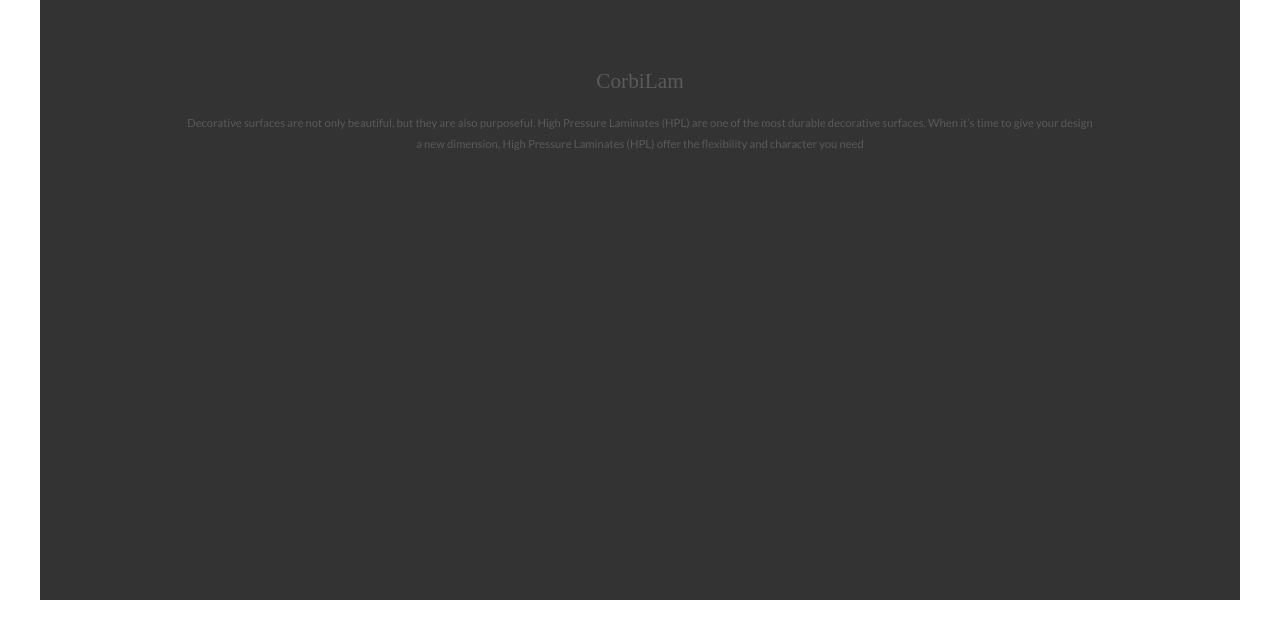
Repository: aneescode4u/testp
Page: http://localhost/HPL
The author's editor kept a record of every edit. The page is drawn from the files as they stood at one moment, then again after the next edit.
The browser window is 1280 px wide. The pictures show the part of the page from y = 815 to 1445 px (the page is 1445 px tall).
Pictures or frames that could not be fetched are drawn as grey boxes. Some web libraries are served in a nearby version. The page is served by the project's Node server (YelpCamp/v3.1/app.js). Other server files are loaded and not shown.

Above is the page before.

### workspace/YelpCamp/v3.1/views/HPL.ejs

<%include partials/header %>
 <link rel="stylesheet" type="text/css" href="/stylesheets/HPL.css">
	<link rel="stylesheet" type="text/css" href="/stylesheets/header.css">

<div id="bannerimage"></div>
<div id="slideshow">
  <div class="slide-wrapper">
    <div class="slide"></div>
    <div class="slide"></div>
    <div class="slide"></h1></div>
    <div class="slide"></div>
    <div class="slide"></div>
  </div>
</div>

                <section id="about" class="block__wrapper">
                    <div class="block">
                        <div class="block__content -text">
                            <h2>CorbiLam</h2>
                            <div class="intro">
Decorative surfaces are not only beautiful, but they are also purposeful.
High Pressure Laminates (HPL) are one of the most durable decorative surfaces.
When it’s time to give your design a new dimension, High Pressure Laminates (HPL) offer the flexibility and character you need

 </div>
                            <div class="grid">
                                <div class="grid__item" style="background-image:url(images/)"></div>
                                <div class="grid__item" style="background-image:url(images/)"></div>
                                <div class="grid__item" style="background-image:url()"></div>
                                <div class="grid__item" style="background-image:url()"></div>
                            </div>
                        </div>
                    </div>
                </section>

### workspace/YelpCamp/v3.1/views/partials/header.ejs
<!DOCTYPE html>
<html>
<head>
	<title>Corbital</title>
	<meta name="viewport" content="width=device-width, initial-scale=1">
	<link rel="stylesheet" type="text/css" href="https://maxcdn.bootstrapcdn.com/bootstrap/3.3.5/css/bootstrap.min.css">
	<link rel="stylesheet" type="text/css" href="https://maxcdn.bootstrapcdn.com/font-awesome/4.4.0/css/font-awesome.min.css">
	<link href="http://fonts.googleapis.com/css?family=Lato:300,400,700,300italic,400italic,700italic" rel="stylesheet" type="text/css">
  <link rel="stylesheet" href="https://maxcdn.bootstrapcdn.com/bootstrap/3.3.5/css/bootstrap.min.css">
  <script src="https://cdnjs.cloudflare.com/ajax/libs/modernizr/2.8.3/modernizr.min.js" type="text/javascript" async></script>
  <link rel="stylesheet" type="text/css" href="/stylesheets/header.css">
  <link rel="icon" href="/images/Capture.png">

</head>
<body>

  <nav class="navbar navbar-inverse navbar-fixed-top">
  <div class="container">
    <div class="navbar-header">
      <button type="button" class="navbar-toggle collapsed" data-toggle="collapse" data-target="#navbar" aria-expanded="false" aria-controls="navbar">
        <span class="sr-only">Toggle navigation</span>
        <span class="icon-bar"></span>
        <span class="icon-bar"></span>
        <span class="icon-bar"></span>
      </button>
      <a class="navbar-brand" href="/"><img src="/images/logo.jpg"></a>
    </div>
    <div id="navbar" class="collapse navbar-collapse">
      <ul class="nav navbar-nav">
        <li><a href="/">Home</a></li>
        <li><a> Products </a>
           <ul>
              <li><a href="plywood">PLYWOOD</a></li>
              <li><a href="HPL">HPL Sheet</a></li>
              <li><a href="WPC">PVC & WPC Board</a></li>
              <li><a href="#">ACP</a>
                <ul>
                  <li><a href="ACP">EasyBond</a></li>
                  <li><a href="ACP#Citybond">Citybond</a></li>
                </ul>
              </li>
            </ul>
          </li>


        <li><a href="about">About</a></li>



         <li><a href="contact">Contact</a></li>

        </ul>

       <ul class="nav navbar-nav navbar-right">

          <li><a>

          <i class="fa fa-phone" aria-hidden="true"></i> 09946299941</a>
          </li>


          <li><a href="https://www.facebook.com/Corbital-trading-Co-170098600461238/"><i class="fa fa-lg fa-facebook"></i></a></li>
          <li><a href="https://www.instagram.com/corbitalco/"><i class="fa fa-lg fa-instagram"></i></a></li>

       </ul>
    </div>
  </div>
 </nav>

### workspace/YelpCamp/v3.1/app.js
var express=require("express");
var app=express();
var mongoose=require("mongoose");
var passport=require("passport");

var bodyParser=require("body-parser");
var User=require("./model/user");

var LocalStrategy=require("passport-local");
var passportLocalMongoose=require("passport-local-mongoose");


app.use(require("express-session")({
 secret:"page is used to addd sheet models",
 resave:false,
 saveUninitialized:false
}));

mongoose.connect("mongodb://localhost/auth_demo_app");


app.use(bodyParser.urlencoded({extended:true}));

var url = require('url');
var PORT = 3000;
app.use(express.static("./app/public"));

app.use(express.static("public"));
app.use(express.static(__dirname + '/images'));

app.use(express.static(".app/views/public"));
app.set("view engine","ejs");
app.use(bodyParser.urlencoded({extended:true}));


app.use(passport.initialize());
app.use(passport.session());
passport.use(new LocalStrategy(User.authenticate()));
passport.serializeUser(User.serializeUser());
passport.deserializeUser(User.deserializeUser());

//routes

app.get("/",function(req,res){
    res.render("landing") });
    app.get("/Home",function(req,res){
    res.render("landing") });

 app.get("/contact",function(req,res){
    res.render("contact") });

    app.get("/plywood",function(req,res){
    res.render("plywood")});
    app.get("/WPC",function(req,res){
    res.render("WPC") });
     app.get("/ACP",function(req,res){
    res.render("ACP") });
app.get("/ACP#Citybond",function(req,res){
    res.render("ACP#cityBond") });
    app.get("/HPL",function(req,res){
 res.render("HPL")});


app.get("/about",function(req,res){
 res.render("about")});

app.get("/products",function(req,res){
 res.render("products")});

 app.get("/contents",function(req,res){
 res.render("contents")});








 var campgrounds=[
       {
         name:"Wayanad",image:"https://images.unsplash.com/photo-1528433556524-74e7e3bfa599?ixlib=rb-0.3.5&ixid=eyJhcHBfaWQiOjEyMDd9&s=a4479c0b22e5c8a8ed5577c39f63b27b&auto=format&fit=crop&w=1500&q=80"} ,
        { name :"Munnar",image:"https://images.unsplash.com/photo-1470123808288-1e59739dea12?ixlib=rb-0.3.5&ixid=eyJhcHBfaWQiOjEyMDd9&s=65030cebb96d5b92b35bc2141a226edc&auto=format&fit=crop&w=751&q=80"},
         {name :"Kovalam",image :"https://images.unsplash.com/photo-1439507912154-033b3644a7aa?ixlib=rb-0.3.5&ixid=eyJhcHBfaWQiOjEyMDd9&s=f6455df7e8c8b25cffd90bfca9d55881&auto=format&fit=crop&w=752&q=80"},
           ]
 app.get("/",function(req,res){
    res.render("landing") });
    app.get("/Home",function(req,res){
    res.render("landing") });

 app.get("/contact",function(req,res){
    res.render("contact") });
     app.get("/ReachUs",function(req,res){
    res.render("ReachUs") });


app.get("/about",function(req,res){
 res.render("about")});

app.get("/campgrounds",function(req,res){

   res.render("campgrounds",{campgrounds:campgrounds});

});
app.post("/campgrounds",function(req,res){
 var name=req.body.name;
 var image=req.body.image;
 var newCampground={name:name,image:image};
 campgrounds.push(newCampground);
 res.redirect("/campgrounds");
});

app.get("/campgrounds/new",function(req,res)
{
 res.render("new.ejs");
})












var campgroundSchema= new mongoose.Schema({
    name: String,
    image:String,
    description:String
});

var Campground=mongoose.model("Campground",campgroundSchema);

 /*  Campground.create(
    {
        name: "entreprenuer",
        image: "https://images.unsplash.com/photo-1532713659864-ec5c8b615762?ixlib=rb-0.3.5&ixid=eyJhcHBfaWQiOjEyMDd9&s=f0260ce9b454337d7879cf94b1658ddd&auto=format&fit=crop&w=600&q=60",
        description:"This is an awsome place"

    }, function(error,campground){
        if(error){
            console.log("error");
        }

        else{
            console.log(campground);
        }


    });

*/
/*
var campgrounds= [

    {name: "entreprenuer", image: "https://images.unsplash.com/photo-1532713659864-ec5c8b615762?ixlib=rb-0.3.5&ixid=eyJhcHBfaWQiOjEyMDd9&s=f0260ce9b454337d7879cf94b1658ddd&auto=format&fit=crop&w=600&q=60" },
    {name: "space", image: "https://images.unsplash.com/photo-1532713659864-ec5c8b615762?ixlib=rb-0.3.5&ixid=eyJhcHBfaWQiOjEyMDd9&s=f0260ce9b454337d7879cf94b1658ddd&auto=format&fit=crop&w=600&q=60" },
    {name: "sales", image: "https://images.unsplash.com/photo-1532713659864-ec5c8b615762?ixlib=rb-0.3.5&ixid=eyJhcHBfaWQiOjEyMDd9&s=f0260ce9b454337d7879cf94b1658ddd&auto=format&fit=crop&w=600&q=60" },
     {name: "entreprenuer", image: "https://images.unsplash.com/photo-1532713659864-ec5c8b615762?ixlib=rb-0.3.5&ixid=eyJhcHBfaWQiOjEyMDd9&s=f0260ce9b454337d7879cf94b1658ddd&auto=format&fit=crop&w=600&q=60" },
    {name: "space", image: "https://images.unsplash.com/photo-1532713659864-ec5c8b615762?ixlib=rb-0.3.5&ixid=eyJhcHBfaWQiOjEyMDd9&s=f0260ce9b454337d7879cf94b1658ddd&auto=format&fit=crop&w=600&q=60" },
    {name: "sales", image: "https://images.unsplash.com/photo-1532713659864-ec5c8b615762?ixlib=rb-0.3.5&ixid=eyJhcHBfaWQiOjEyMDd9&s=f0260ce9b454337d7879cf94b1658ddd&auto=format&fit=crop&w=600&q=60" },
     {name: "entreprenuer", image: "https://images.unsplash.com/photo-1532713659864-ec5c8b615762?ixlib=rb-0.3.5&ixid=eyJhcHBfaWQiOjEyMDd9&s=f0260ce9b454337d7879cf94b1658ddd&auto=format&fit=crop&w=600&q=60" },
    {name: "space", image: "https://images.unsplash.com/photo-1532713659864-ec5c8b615762?ixlib=rb-0.3.5&ixid=eyJhcHBfaWQiOjEyMDd9&s=f0260ce9b454337d7879cf94b1658ddd&auto=format&fit=crop&w=600&q=60" },
    {name: "sales", image: "https://images.unsplash.com/photo-1532713659864-ec5c8b615762?ixlib=rb-0.3.5&ixid=eyJhcHBfaWQiOjEyMDd9&s=f0260ce9b454337d7879cf94b1658ddd&auto=format&fit=crop&w=600&q=60" }

    ];
 */
app.get("/campgrounds",function(req,res){
   res.render("campgrounds",{campgrounds:campgrounds});
    });






app.get("/campgrounds/new",isLoggedIn,function(req,res)
{
 res.render("new.ejs");
})




app.get("/campgrounds/new",function(req,res){


        Campground.find({},function(error, allcampgrounds){
            if(error){
                console.log(error);
            }

            else{
                res.render("index",{campgrounds:allcampgrounds});
            }
        });



});




app.post("/campgrounds",function(req,res){
   // res.send("post route");

    var name=req.body.name;
    var image=req.body.image;
    var desc=req.body.description;

    var newcampground={name:name, image:image,description:desc};
    Campground.create(newcampground,function(error,newlyCreated){
        if(error){
            console.log(error);
        }

        else{

    res.redirect("/campgrounds");
        }

    });

});



app.get("/login",function(req,res){
    res.render("login") });




app.post("/login",passport.authenticate ("local",{
  successRedirect:"/campgrounds/new",
  failureRedirect:"/login"
}),function(req,res){

} )  ;
//auth routes


app.get("/register",function(req,res){
   res.render("register");
});



app.get("/careers",function(req,res){res.render("careers")});

app.post("/register",function(req,res){
  req.body.username
  req.body.password
  User.register(new User({username:req.body.username}), req.body.password, function(err,user){
  if(err){
   console.log(err);
   return res.render('register');
  }
 passport.authenticate("local")(req,res,function(){res.redirect("/campgrounds")})
 })
});
app.get("/logout",function(req,res){
 req.logout();
 res.redirect("/Home")
})
function isLoggedIn(req,res,next){
 if(req.isAuthenticated()){
  return next();
 }
 res.redirect("/login")
}

 app.listen(process.env.PORT,process.env.IP,function(req,res){
     console.log("The Yelpcamp has Started");

 })

### workspace/YelpCamp/v3.1/public/stylesheets/header.css

.navbar-inverse .navbar-nav>li>a {
    color:#5f5f5f;
    font-size: medium;
}

.navbar-inverse .navbar-nav>li>a:hover {
    color: #2267A8;
}

.navbar-toggle{background-color: #333;
}
.navbar {
   background-color:  #5f5f5f;
   background: white;
   border-color: transparent;

}


nav {
  display: block;
}
nav ul {
  margin: 0;
  padding:0;
  list-style: none;
}
.nav a {
  /*display:block !important;*/
  min-width: 90px;
  background: #f5f5f5;
    color: #337ab7;
  text-decoration: none;
  padding: 0.8em 1.8em;
  font-size: 80%;
  position: relative;
}

.nav{
  vertical-align: top;

  border-radius:6px;
}
.nav li {
  position: relative;
}
.nav > li {
  float: left;
  border-bottom: 4px #aaa solid;
  margin-right: 1px;
}
.nav > li > a {
  margin-bottom: 1px;
}
.nav > li:hover
{
  border-bottom-color: #2267A8;
}
.nav li:hover > a {
  color:blue;
}
.nav > li:first-child {
  border-radius: 4px 0 0 4px;
}
.nav > li:first-child > a {
  border-radius: 4px 0 0 0;
}
.nav > li:last-child {
  border-radius: 0 0 4px 0;
  margin-right: 0;
}
.nav > li:last-child > a {
  border-radius: 0 4px 0 0;
}
.nav li li a {
  margin-top: 1px;
}

.nav li a:first-child:nth-last-child(2):before {
  content: "";
  position: absolute;
  height: 0;
  width: 0;
  border: 5px solid transparent;
  top: 50% ;
  right:5px;
 }

 .nav ul {
  position: absolute;
  white-space: nowrap;
  border-bottom: 5px solid  #2267A8;
  z-index: 1;
  left: -99999em;
}
.nav > li:hover > ul {
  left: auto;
  margin-top: 5px;
  min-width: 100%;
}
.nav > li li:hover > ul {
  left: 100%;
  margin-left: 1px;
  top: -1px;
}
/* arrow hover styling */
.nav > li > a:first-child:nth-last-child(2):before{
    border-top-color: white;
}
.nav > li:hover > a:first-child:nth-last-child(2):before{
    border-top-color: blue;
}
.nav > li:hover > a:first-child:nth-last-child(2):after {
  border: 5px solid transparent;
  border-bottom-color: #2267A8;
  margin-top:-5px
}
.nav li li > a:first-child:nth-last-child(2):before {
  border-left-color:white;
  margin-top: -5px
}
.nav li li:hover > a:first-child:nth-last-child(2):before{
  border: 5px solid transparent;
  border-left-color:blue;
  right: 10px;
}
.navbar-inverse .navbar-nav>li>a {
    color: #333;
}


.navbar-brand {
  padding: 0px;
}

.navbar-brand img {
  height: 100%;
  width: auto;
    max-height: 40px;
}

@media (max-width: 992px) {
    .navbar-header {
        float: none;
    }
    .navbar-left,.navbar-right {
        float: none !important;
    }
    .navbar-toggle {
        display: block;
    }
    .navbar-collapse {
        border-top: 1px solid transparent;
        box-shadow: inset 0 1px 0 rgba(255,255,255,0.1);
    }
    .navbar-fixed-top {
		top: 0;
		border-width: 0 0 1px;
	}
    .navbar-collapse.collapse {
        display: none!important;
    }
    .navbar-nav {
        float: none!important;
		margin-top: 7.5px;
	}
	.navbar-nav>li {
        float: none;
    }
    .nav li li a {
    margin-top: 1px;
}
    .navbar-nav>li>a {
        padding-top: 10px;
        padding-bottom: 10px;
    }
    .collapse.in{
  		display:block !important;
	}



	.nav > li:hover > ul {
  margin-top: 5px;
  position: absolute;
  min-width: 100%;


	}

	ul.nav > li:hover ul {display: block;}
	ul.nav > li ul:hover li{display: block;}
	ul.nav > li ul{display: block;}
	ul.nav > li ul li {display:block;}

}



/* GLOBAL STYLES
-------------------------------------------------- */
/* Padding below the footer and lighter body text */

body {
  padding-top: 3rem;
  padding-bottom: 3rem;
  color: #5a5a5a;
}




/* Declare heights because of positioning of img element */



/* MARKETING CONTENT
-------------------------------------------------- */

/* Center align the text within the three columns below the carousel */
.marketing .col-lg-4 {
  margin-bottom: 1.5rem;
  text-align: center;
}
.marketing h2 {
  font-weight: 400;
}
.marketing .col-lg-4 p {
  margin-right: .75rem;
  margin-left: .75rem;
}


/* Featurettes
------------------------- */

.featurette-divider {
  margin: 5rem 0; /* Space out the Bootstrap <hr> more */
}

/* Thin out the marketing headings */
.featurette-heading {
  font-weight: 300;
  line-height: 1;
  letter-spacing: -.05rem;
}


/* RESPONSIVE CSS
-------------------------------------------------- */

@media (min-width: 40em) {
  /* Bump up size of carousel content */
  .carousel-caption p {
    margin-bottom: 1.25rem;
    font-size: 1.25rem;
    line-height: 1.4;
  }

  .featurette-heading {
    font-size: 50px;
  }
}

@media (min-width: 62em) {
  .featurette-heading {
    margin-top: 7rem;
  }
}

### workspace/YelpCamp/v3.1/public/stylesheets/HPL.css
#bannerimage {
  width: 75%;
  background-image:url("/images/HPL.jpg");
  height: 175px;
  background-color:white;
  background-repeat: no-repeat;
  background-size:cover;
  background-position: center;
    margin-left:130px;
    margin-top: 100px;
}

body {
  font-family: Helvetica, sans-serif;
  padding: 5%;
  text-align: center;
}

#slideshow {
  overflow: hidden;
  height: 510px;
  width: 728px;
  margin: 0 auto;
}

.slide-wrapper {
  width: 2912px;
  -webkit-animation: slide 18s ease infinite;
}

.slide {
  float: left;
  height: 510px;
  width: 728px;
}

.slide:nth-child(1) {
  background-image:url("http://optemawood.com/wp-content/uploads/2015/07/slide1.jpg");

  background-repeat: no-repeat;
  background-size: cover
}

.slide:nth-child(2) {
  background-image:url("http://samratcladage.com/wp-content/uploads/2017/05/prodotti-73349-rel7379bb4681884686bf54bc8697541c11.jpg");
  background-repeat: no-repeat;
  background-size: cover;
}

.slide:nth-child(3) {
  background-image:url("https://tuplex.rs/files/tuplex/katalog/aaaa/HPL.jpg");
  background-repeat: no-repeat;
  background-size: cover;

}

.slide:nth-child(4) {
  background-image:url("https://cdn.trespa.com/sites/trespa.com/files/styles/banner/public/2018-05/trespa%20gevelbekleding%201.jpg.jpeg?itok=06ms_eZF");
  background-repeat: no-repeat;
  background-size: cover;

}

.slide-number {
  color: #000;
  text-align: center;
  font-size: 10em;
}

@-webkit-keyframes slide {
  20% {margin-left: 0px;}
  30% {margin-left: -728px;}
  50% {margin-left: -728px;}
  60% {margin-left: -1456px;}
  70% {margin-left: -1456px;}
  80% {margin-left: -2184px;}
  90% {margin-left: -2184px;}
}
body {
  display: block;
  margin: 0;
  padding: 0;
  color: #36384c;
  background: #ffffff;
  font-family: "Lato", sans-serif; }

main {
  padding-top: 80px; }
  @media screen and (min-width: 41em) {
    main {
      padding-top: 100px; } }

*, *::after, *::before {
  -moz-box-sizing: border-box;
  box-sizing: border-box; }

h1, h2 {
  margin: 0px; }

img {
  box-sizing: content-box;
  -moz-box-sizing: content-box; }

a, a:visited {
  text-decoration: none; }

.wrapper {
  display: block;
  width: 100%;
  max-width: 1100px;
  margin: auto; }

.noscroll {
  overflow-y: hidden; }

.text-center {
  text-align: center; }

.font1 {
  color: #ffffff;
}
.font2{
  color:#ffffff;
}
.block {
  display: block;
  position: relative;
  max-width: 1200px;
  margin: auto;
  padding: 40px 20px; }
  @media screen and (min-width: 50em) {
    .block {
      padding: 40px 30px;
      min-height: 600px; } }
  .block.-fullwidth {
    max-width: none; }
  .block__wrapper:nth-child(odd) {
    background-color: #36384c;
    color: blue; }
  .block__content {
    display: block;
    position: relative;
    width: 100%; }
    .block__content.-text {
      margin: auto;
      font-size: 1rem;
      line-height: 1.8; }
      @media screen and (min-width: 50em) {
        .block__content.-text {
          max-width: 80%;
          font-size: 1.125rem;
          padding: 1.5rem 0; } }
      @media screen and (min-width: 62em) {
        .block__content.-text {
          padding: 3rem 0; } }
    .block__content h1 {
      font-family: "Bitter", serif;
      font-size: 2.8125rem;
      line-height: 1;
      font-weight: normal;
      margin: 0 0 1rem;
      color: #ffffff; }

      .block{
        background-color:#333;;
      }
      @media screen and (min-width: 50em) {
        .block__content h1 {
          font-size: 7.5rem; } }
    .block__content h2 {
      font-family: "Bitter", serif;
      font-size: 1.75rem;
      margin-bottom: 20px; }
      @media screen and (min-width: 50em) {
        .block__content h2 {
          font-size: 2.125rem; } }
    .block__content header {
      font-size: 1.25rem;
      font-weight: bold;
      letter-spacing: 4px;
      text-transform: uppercase;
      margin-bottom: 10px; }
    .block__content .intro {
      margin-bottom: 2rem; }

.overlay {
  position: absolute;
  top: 0;
  right: 0;
  bottom: 0;
  left: 0;
  background-color: rgba(0, 0, 0, 0.5); }

.offcanvas {
  position: fixed;
  width: 100%;
  height: 100vh;
  background-color: #36384c;
  transform: translateX(100%);
  transition: transform 400ms ease-in-out;
  z-index: 10;
  padding: 10px; }
  @media screen and (min-width: 41em) {
    .offcanvas {
      display: none; } }
  .offcanvas.open {
    transform: translateX(0%); }
  .offcanvas__close {
    position: absolute;
    width: 55px;
    height: 55px;
    top: 10px;
    right: 8px;
    padding: 0px;
    line-height: 1; }
    .offcanvas__close span {
      display: block;
      position: absolute;
      background-color: #ffffff;
      width: 30px;
      height: 2px; }
      .offcanvas__close span:first-child {
        transform: rotate(45deg);
        top: 28px;
        left: 12px; }
      .offcanvas__close span:last-child {
        transform: rotate(-45deg);
        top: 28px;
        left: 12px; }
  .offcanvas__content {
    text-align: center;
    padding-top: 5rem; }
  .offcanvas__image {
    margin-bottom: 20px; }
  .offcanvas__item {
    display: block;
    font-size: 1.25rem;
    line-height: 2;
    color: #ffffff; }

.header {
  position: fixed;
  width: 100%;
  padding: 10px;
  background: #36384c;
  box-shadow: 0px 2px 5px rgba(0, 0, 0, 0.25);
  z-index: 10; }
  .header .wrapper {
    display: flex;
    justify-content: space-between;
    align-items: center; }
  .header__image {
    flex: 0 1 auto;
    height: 60px; }
    @media screen and (min-width: 41em) {
      .header__image {
        height: 80px; } }
  .header__nav {
    flex: 0 1 auto;
    display: none; }
    @media screen and (min-width: 41em) {
      .header__nav {
        display: block; } }
    .header__nav-item {
      font-size: 1.125rem;
      color: #ffffff;
      padding: 0 15px;
      transition: color 150ms ease-in-out; }
      .header__nav-item:hover {
        color: #849974; }
  .header__open {
    display: block;
    padding: 12px;
    width: 55px;
    position: absolute;
    right: 5px; }
    @media screen and (min-width: 41em) {
      .header__open {
        display: none; } }
    .header__open span {
      display: block;
      background: #ffffff;
      height: 2px;
      width: 100%;
      margin-bottom: 8px; }
      .header__open span:last-child {
        margin-bottom: 0; }

#home.block {

  background-size: cover;
  background-position: center center;
  background-repeat: no-repeat; }


.block__content_text{
  background-color:grey;
}

After the next edit:
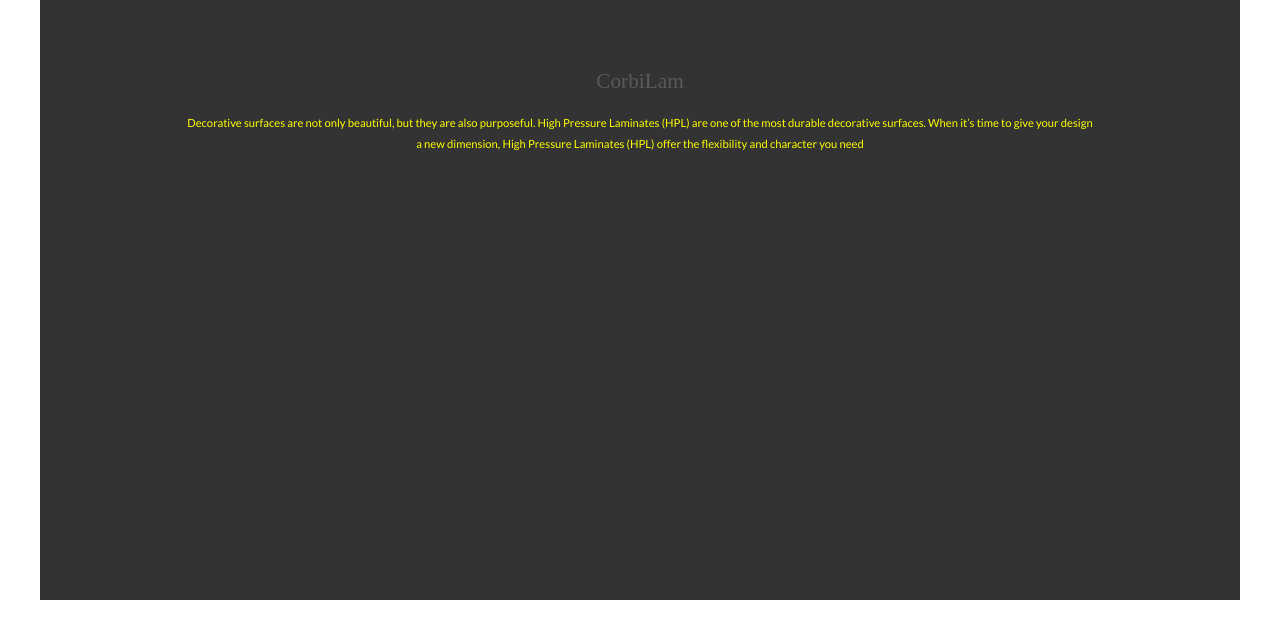
The edit:
--- a/workspace/YelpCamp/v3.1/public/stylesheets/HPL.css
+++ b/workspace/YelpCamp/v3.1/public/stylesheets/HPL.css
@@ -296,3 +296,7 @@
 .block__content_text{
   background-color:grey;
 }
+.intro {
+    margin-bottom: 2rem;
+    color:yellow;
+}
